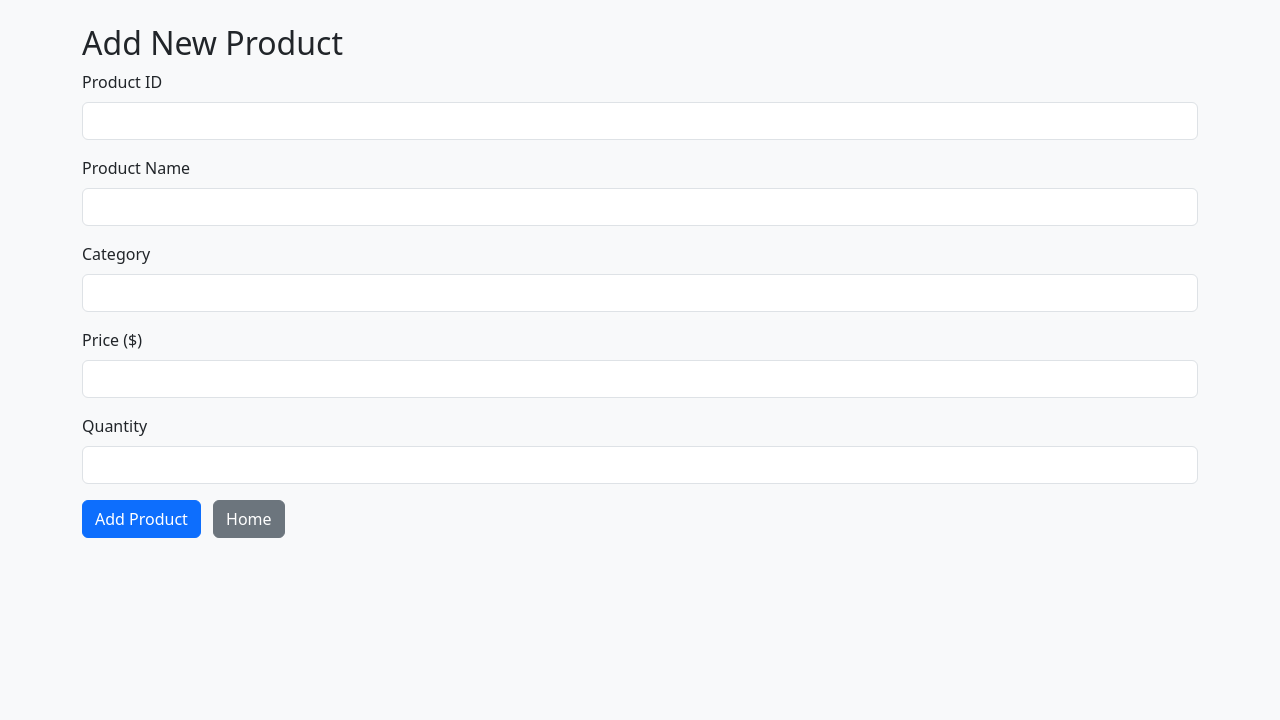
Repository: srushtinb/ProductManagementSystem
Page: http://localhost/ProductManagementSystem/productadd.jsp
These files come from the project's save history. The page is drawn as it stood at one moment and after the next save; the edit follows.
The browser window is 1280 px wide. The pictures show the whole page.
Some web libraries are served in a nearby version. The page is served by Tomcat 9. Other server files are loaded and not shown.

Above is the page before, as saved 2025-05-27 10:20:38.

### ProductManagementSystem/src/main/webapp/productadd.jsp
<%@ page contentType="text/html;charset=UTF-8" language="java" %>
<!DOCTYPE html>
<html lang="en">
<head>
    <title>Add Product</title>
    <link href="https://cdn.jsdelivr.net/npm/bootstrap@5.4.3/dist/css/bootstrap.min.css" rel="stylesheet">
</head>
<body class="bg-light">
<div class="container py-4">
    <h2>Add New Product</h2>
    <form action="AddProductServlet" method="post" class="needs-validation" novalidate>
        <div class="mb-3">
            <label for="id" class="form-label">Product ID</label>
            <input type="number" class="form-control" id="id" name="id" required min="1">
            <div class="invalid-feedback">Please provide a valid Product ID.</div>
        </div>
        <div class="mb-3">
            <label for="name" class="form-label">Product Name</label>
            <input type="text" class="form-control" id="name" name="name" required maxlength="100">
            <div class="invalid-feedback">Please provide a product name.</div>
        </div>
        <div class="mb-3">
            <label for="category" class="form-label">Category</label>
            <input type="text" class="form-control" id="category" name="category" required maxlength="50">
            <div class="invalid-feedback">Please provide a category.</div>
        </div>
        <div class="mb-3">
            <label for="price" class="form-label">Price ($)</label>
            <input type="number" step="0.01" class="form-control" id="price" name="price" required min="0">
            <div class="invalid-feedback">Please provide a valid price.</div>
        </div>
        <div class="mb-3">
            <label for="quantity" class="form-label">Quantity</label>
            <input type="number" class="form-control" id="quantity" name="quantity" required min="0">
            <div class="invalid-feedback">Please provide quantity.</div>
        </div>
        <button type="submit" class="btn btn-primary">Add Product</button>
        <a href="index.jsp" class="btn btn-secondary ms-2">Home</a>
    </form>
    <br/>
    <% if(request.getAttribute("message") != null) { %>
        <div class="alert alert-info"><%= request.getAttribute("message") %></div>
    <% } %>
</div>

<script>
// Bootstrap validation script
(() => {
  'use strict'
  const forms = document.querySelectorAll('.needs-validation')
  Array.from(forms).forEach(form => {
    form.addEventListener('submit', event => {
      if(!form.checkValidity()) {
        event.preventDefault()
        event.stopPropagation()
      }
      form.classList.add('was-validated')
    }, false)
  })
})()
</script>
</body>
</html>

After the next save:
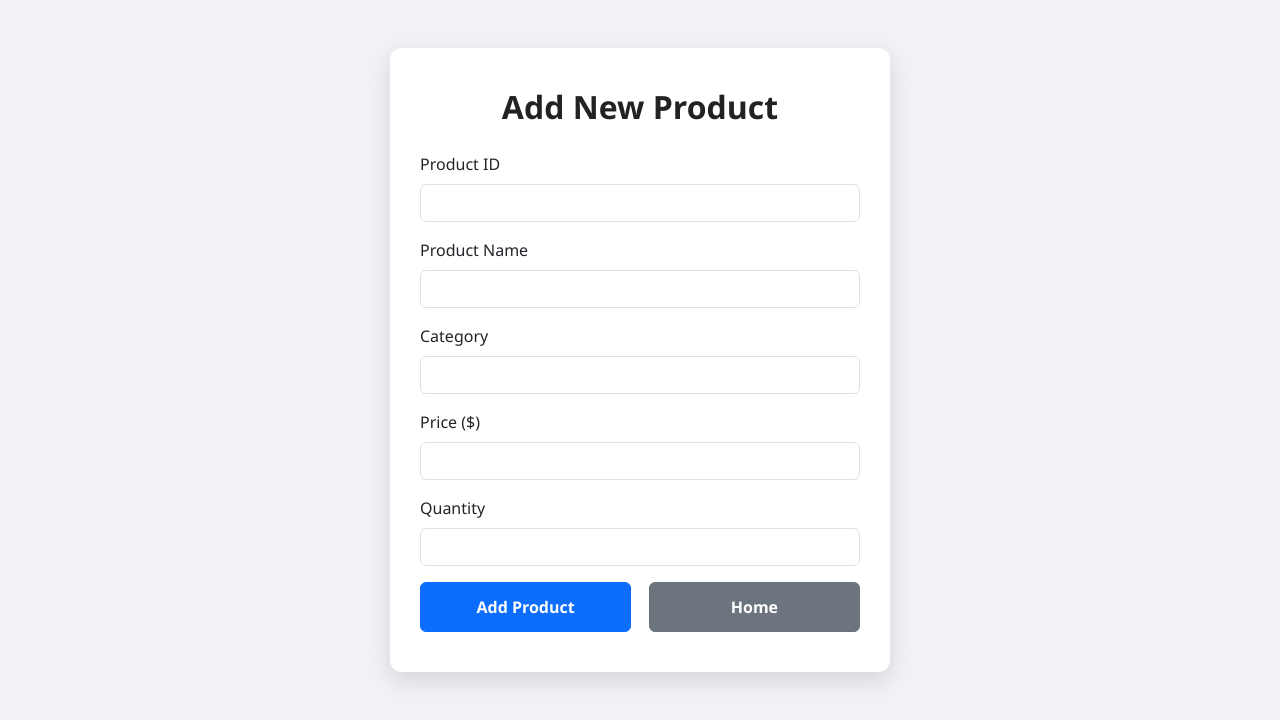
Saved 116 s later.
--- a/ProductManagementSystem/src/main/webapp/productadd.jsp
+++ b/ProductManagementSystem/src/main/webapp/productadd.jsp
@@ -4,9 +4,53 @@
 <head>
     <title>Add Product</title>
     <link href="https://cdn.jsdelivr.net/npm/bootstrap@5.4.3/dist/css/bootstrap.min.css" rel="stylesheet">
+    <style>
+        body {
+            background-color: #f0f2f5;
+            font-family: 'Segoe UI', Tahoma, Geneva, Verdana, sans-serif;
+            display: flex;
+            justify-content: center;
+            align-items: center;
+            height: 100vh;
+            margin: 0;
+        }
+
+        .form-container {
+            background: white;
+            padding: 40px 30px;
+            border-radius: 12px;
+            box-shadow: 0 8px 24px rgba(0, 0, 0, 0.12);
+            max-width: 500px;
+            width: 100%;
+        }
+
+        h2 {
+            margin-bottom: 25px;
+            font-weight: 700;
+            color: #222;
+            text-align: center;
+        }
+
+        .btn-primary, .btn-secondary {
+            width: 48%;
+            padding: 12px 0;
+            font-weight: 600;
+            font-size: 1rem;
+        }
+
+        .btn-secondary {
+            background-color: #6c757d;
+            border-color: #6c757d;
+        }
+
+        .alert {
+            margin-top: 20px;
+        }
+    </style>
 </head>
-<body class="bg-light">
-<div class="container py-4">
+<body>
+
+<div class="form-container">
     <h2>Add New Product</h2>
     <form action="AddProductServlet" method="post" class="needs-validation" novalidate>
         <div class="mb-3">
@@ -14,50 +58,58 @@
             <input type="number" class="form-control" id="id" name="id" required min="1">
             <div class="invalid-feedback">Please provide a valid Product ID.</div>
         </div>
+
         <div class="mb-3">
             <label for="name" class="form-label">Product Name</label>
             <input type="text" class="form-control" id="name" name="name" required maxlength="100">
             <div class="invalid-feedback">Please provide a product name.</div>
         </div>
+
         <div class="mb-3">
             <label for="category" class="form-label">Category</label>
             <input type="text" class="form-control" id="category" name="category" required maxlength="50">
             <div class="invalid-feedback">Please provide a category.</div>
         </div>
+
         <div class="mb-3">
             <label for="price" class="form-label">Price ($)</label>
             <input type="number" step="0.01" class="form-control" id="price" name="price" required min="0">
             <div class="invalid-feedback">Please provide a valid price.</div>
         </div>
+
         <div class="mb-3">
             <label for="quantity" class="form-label">Quantity</label>
             <input type="number" class="form-control" id="quantity" name="quantity" required min="0">
             <div class="invalid-feedback">Please provide quantity.</div>
         </div>
-        <button type="submit" class="btn btn-primary">Add Product</button>
-        <a href="index.jsp" class="btn btn-secondary ms-2">Home</a>
+
+        <div class="d-flex justify-content-between">
+            <button type="submit" class="btn btn-primary">Add Product</button>
+            <a href="index.jsp" class="btn btn-secondary">Home</a>
+        </div>
     </form>
-    <br/>
-    <% if(request.getAttribute("message") != null) { %>
+
+    <% if (request.getAttribute("message") != null) { %>
         <div class="alert alert-info"><%= request.getAttribute("message") %></div>
     <% } %>
 </div>
 
 <script>
-// Bootstrap validation script
+// Bootstrap form validation
 (() => {
-  'use strict'
-  const forms = document.querySelectorAll('.needs-validation')
+  'use strict';
+  const forms = document.querySelectorAll('.needs-validation');
   Array.from(forms).forEach(form => {
     form.addEventListener('submit', event => {
-      if(!form.checkValidity()) {
-        event.preventDefault()
-        event.stopPropagation()
+      if (!form.checkValidity()) {
+        event.preventDefault();
+        event.stopPropagation();
       }
-      form.classList.add('was-validated')
-    }, false)
-  })
-})()
+      form.classList.add('was-validated');
+    }, false);
+  });
+})();
 </script>
+
 </body>
 </html>
